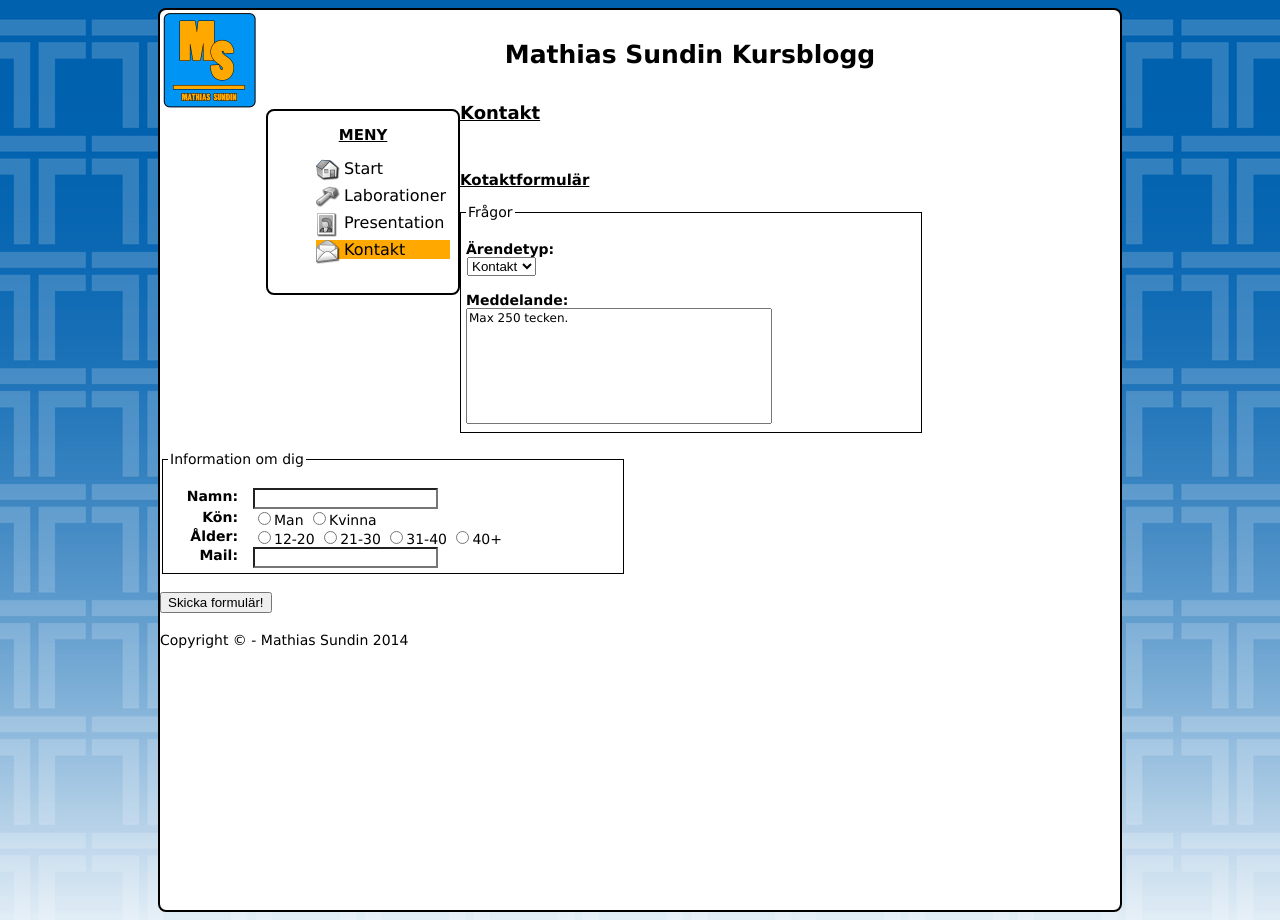
Repository: ms223uh/1ik415-laborationer
Page: www/pages/kontakt.html
The author's editor kept a record of every edit. The page is drawn from the files as they stood at one moment, then again after the next edit.
The browser window is 1280 px wide. The pictures show the whole page.

Above is the page before.

### www/pages/kontakt.html
<!DOCTYPE html>

<html lang="sv">

    <head>
       <meta http-equiv="content-type" content="text/html; charset=utf-8" />
        <meta name="viewport" content="width=device-width, initial-scale=1.0" />

    <link rel="stylesheet" href="../css/style.css">
    <link rel="stylesheet" type="text/css" media="only screen and (max-width: 480px)" href="../css/mobile.css" />
    <link rel="stylesheet" href="../css/print.css">

        <title>Mathias Sundin</title>
    </head>
    <body>
    <!--Startsida-->

    <section>


    <head>

           <img src="..pics/logo1.png" width="100" height="100" alt="Logotyp för hemsidan" style="float: left;">

            <h4>Mathias Sundin Kursblogg</h4>







        </head>




<nav>

<header3><h3>MENY</h3></header3>
        <ul>
            <li><a class="index" href="../index.html">Start</a></li>
            <li><a class="laborationer" href="laborationer.html">Laborationer</a></li>
            <li><a class="presentation" href="presentation.html">Presentation</a></li>
            <li class="active"><a class="kontakt" href="kontakt.html">Kontakt</a></li>

        </ul>





</nav>

        <div id="content">


        <h2>Kontakt</h2>

        <br>

        <h3>Kotaktformulär</h3>

        <form action="http://voyager.lnu.se/tekinet/kurser/dtt/wp_webbintro/form.php" method="post" >
        <fieldset>
        <br>
        <legend>Frågor</legend>
            <label for="Ärende">Ärendetyp: <select name="Ärende"></label>
                <option value="Kontakt">Kontakt</option>
                <option value="Support">Support</option>
            </select>
            <br>
            <br>
            <label for="Meddelande">Meddelande:</label>
            <br>
            <textarea rows="5" cols="30" maxlength="250" name="Meddelande" required>Max 250 tecken.</textarea>

        </fieldset>

        <br>

        <fieldset>


        <legend>Information om dig</legend>
        <br>
            <label for="Namn">Namn:</label> <input type="text" name="Namn" required>
            <br>
            <label for="Kön">Kön:</label> <input type="radio" name="Kön" value="man" >Man
            <input type="radio" name="Kön" value="kvinna" required>Kvinna
            <br>
            <label for="Ålder">Ålder:</label> <input type="radio" name="Ålder" value="12-20" required>12-20 <input type="radio" name="Ålder" value="21-30"required>21-30 <input type="radio" name="Ålder" value="31-40" required>31-40 <input type="radio" name="Ålder" value="40+" required>40+
            <br>
            <label for="Mail">Mail:</label> <input type="text" name="Mail" required>
        </fieldset>
           <br>
           <button type="submit">Skicka formulär!</button>
          </form>




           </div>

    <div id="footer">

        <p>Copyright © - Mathias Sundin 2014</p>

    </div>


        </div>




    </body>
</html>

### www/css/style.css

/* Layout */

body
{
    background: url(pics/backgroundimage2.jpeg) no-repeat;
}


section
{
    background-color: #ffffff;
    width: 960px;
    height: 900px;
    margin-right: auto;
    margin-left: auto;
    border: solid 2px #000000;
    border-radius: 8px;

}




header
{
    width: 958px;
    height: 155px;
    background-color: #FFFFFF;
    border-radius: 8px;
    border-bottom: solid 2px #000000;
    margin-top: 0px;
    background: url(pics/backgroundimage8.jpeg) no-repeat;


}


header2
{
    width: auto;
    height: 25px;
    background-color: #0095F4;
    border-bottom: solid 2px #000000;
    text-align: center;
    border-radius: 8px;
    margin-top: 0px;
}


header3
{
    width: auto;
    height: 25px;
    background-color: #0095F4;
    border-bottom: solid 2px #000000;
    text-align: center;
    border-radius: 8px;
    margin-top: -15px;
}




main
{
    height: 695px;
    background-color: #ffffff;
    margin-left: 205px;
    margin-top: 0px;
    padding: 8px;
    overflow: auto;
    border-left: solid 2px #000000;
}




nav
{
    /*background-image: url('pics/sprite.png') no-repeat;*/
    width: 190px;
    height: 182px;
    background-color: #FFFFFF;
    border: solid 2px #000000;
    float: left;
    margin-top: 7px;
    margin-left: 6px;
    border-radius: 8px;

}


nav a:link { text-decoration: none; color: #000000; font-family: verdana; font-size: 16px;}
nav a:visited { text-decoration: none; color: #000000; font-family: verdana; font-size: 16px; }
nav a:active { text-decoration: none; color: #000000; font-family: verdana; font-size: 16px; }
nav li a:hover { text-decoration: none; color: #CCCCCC; font-family: verdana; font-size: 16px; background: #0095F4; }


nav li
{
    list-style: none;
    margin: 8px;
}

nav a
{
    background-image: url('pics/sprite.png');
    background-repeat:no-repeat;
    padding-left: 28px;
    padding-bottom: 5px;
}




footer
{
    background-color: #0095F4;
    width: auto;
    height: 30px;
    border-radius: 8px;
    border-top: solid 2px #000000;
    text-align: center;
    vertical-align: middle;
    margin-top: -36px;

}


footer2
{
    background-color: #0095F4;
    width: auto;
    height: 30px;
    border-radius: 8px;
    border-top: solid 2px #000000;
    text-align: center;
    vertical-align: middle;

}


footer3
{
    width: auto;
    height: 25px;
    background-color: #0095F4;
    border-top: solid 2px #000000;
    text-align: center;
    border-radius: 8px;
    margin-top: -157px;
}


quotes
{
    wid
    font-family: verdana;
    font-size: 12px;
    color: #333
    border: solid 1px #000;
    display: block;
    font-style: italic;



}



/* Typografi */


p
{
    font-family: Verdana; font-size: 14px; color: #000000;
    white-space: pre-line;
    padding-top: 5px;
}

h2
{
    font-family: Verdana; font-size: 18px; color: #000000; text-decoration: bold; text-decoration: underline;
}

h3
{
   font-family: Verdana; font-size: 15px; color: #000000; text-decoration: bold; text-decoration: underline;
}


h4
{
   font-family: Verdana; font-size: 25px; color: #000000; text-decoration: bold;
   text-align: center;
   margin-top: 0;
   padding-top: 30px;
}




h5
{
   font-family: Verdana; font-size: 15px; color: #5D5F60; text-decoration: bold;


}


ol
{
    font-family: Verdana; font-size: 14px; color: #000000;

}

ul
{
font-family: Verdana; font-size: 14px; color: #000000;

}

a:link { text-decoration: underline; color: #000000; font-family: verdana; font-size: 14px;}
a:visited { text-decoration: none; color: #000000; font-family: verdana; font-size: 14px; }
a:active { text-decoration: none; color: #000000; font-family: verdana; font-size: 14px; }
a:hover { text-decoration: none; color: #CCCCCC; font-family: verdana; font-size: 14px; }





thead
{
    background-color: #0095F4;
     color: #000000; font-family: verdana; font-size: 15px;
}

tfoot
{
    background-color: #0095F4;
     color: #000000; font-family: verdana; font-size: 15px;
}

table {
  border-collapse: collapse;

}


.active
{
    text-decoration: none; color: #FFFFFF; font-family: verdana; font-size: 16px; background: #FFA800
}

.right
{
    float: right;

}


.left
{
    float: left;

}


/* Sprites */

nav li a.index
{
    background-position: 0 -49px;


}

nav li a:hover.index
{
    background: url('pics/sprite.png') no-repeat 0 -1px;
	width: 24px;
	height: 22px

}


nav li a.laborationer
{
    background: url('pics/sprite.png') no-repeat 0 -145px;
	width: 24px;
	height: 22px;

}

nav li a:hover.laborationer
{
    background: url('pics/sprite.png') no-repeat 0 -97px;
	width: 24px;
	height: 22px;

}


nav li a.presentation
{
    background: url(pics/sprite.png) no-repeat -1px -240px;
	width: 22px;
	height: 24px;
    text-indent: 20px;
}

nav li a:hover.presentation
{
    background: url('pics/sprite.png') no-repeat -1px -192px;
	width: 22px;
	height: 24px;

}


nav li a.kontakt
{
    background: url('pics/sprite.png') no-repeat 0 -336px;
	width: 24px;
	height: 24px;

}

nav li a:hover.kontakt
{
    background: url('pics/sprite.png') no-repeat 0 -288px;
	width: 24px;
	height: 24px;

}


/* Kontaktformulär */

fieldset {
  padding: 5px;
  font-family: verdana;
  font-size: 14px;
  width: 450px;
  border: solid 1px #000000;
  }

label {
  float: left;
  width: 70px;
  margin-right: 15px;
  font-weight: bold;
  font-family: verdana;
  font-size: 14px;
  color: #000000;
  text-align: right;

  }

  textarea
  {
      width: 300px;
      height: 110px;
      resize: none;
      font-family: verdana;
      font-size: 12px;
      color: #000000;
  }

  input:invalid {
  background: #ffffff;
}

input:valid {
  background: #ffffff;
}

### www/css/print.css
@media print {


body {
    background:white; color:black;
}


#head, #head2, #head3, #meny, #footer, #footer2, #footer3
{
    display: none;
}


#wrapper, #content
{
   border: none;
   overflow: visible;
   margin: 0 auto;

}


a:link:after, a:visited:after
{
    content:" [" attr(href) "] ";

}


video
{
    display: none;
}


}

### www/css/mobile.css
@media screen and (max-width:480px){


body
{
  width: 100%;
  background: none;
    padding: 0;
    margin: 0;
}

#wrapper
{
 width: 100%;
 border: none;
 padding: 0;
 margin: 0;
}

#head
{
 width: 100%;
 border: solid 2px #000000;
 padding: 0;
 margin: 0;
 border: none;

}


#head3
{
 border: none;
 width: 100%;
 padding: 0;
    margin: 0;
}



#content
{
  width: 100%;
  border: none;
  margin-left: 0;
  height: auto;
  padding: 0;
  margin: 0;
}


#footer
{
 width: 100%;
 border: none;

}


#meny
{
width: 100%;
border: none;
padding: 0;
margin: 0;
}






.leftt{
 width:200px;
}

}


fieldset {
  padding: 0;
  font-family: verdana;
  font-size: 14px;
  width: auto;
  border: none;
  }

label {
  float: left;
  width: 70px;
  margin-right: 0;
  font-weight: bold;
  font-family: verdana;
  font-size: 14px;
  color: #000000;
  text-align: right;
  border: none;
  }

After the next edit:
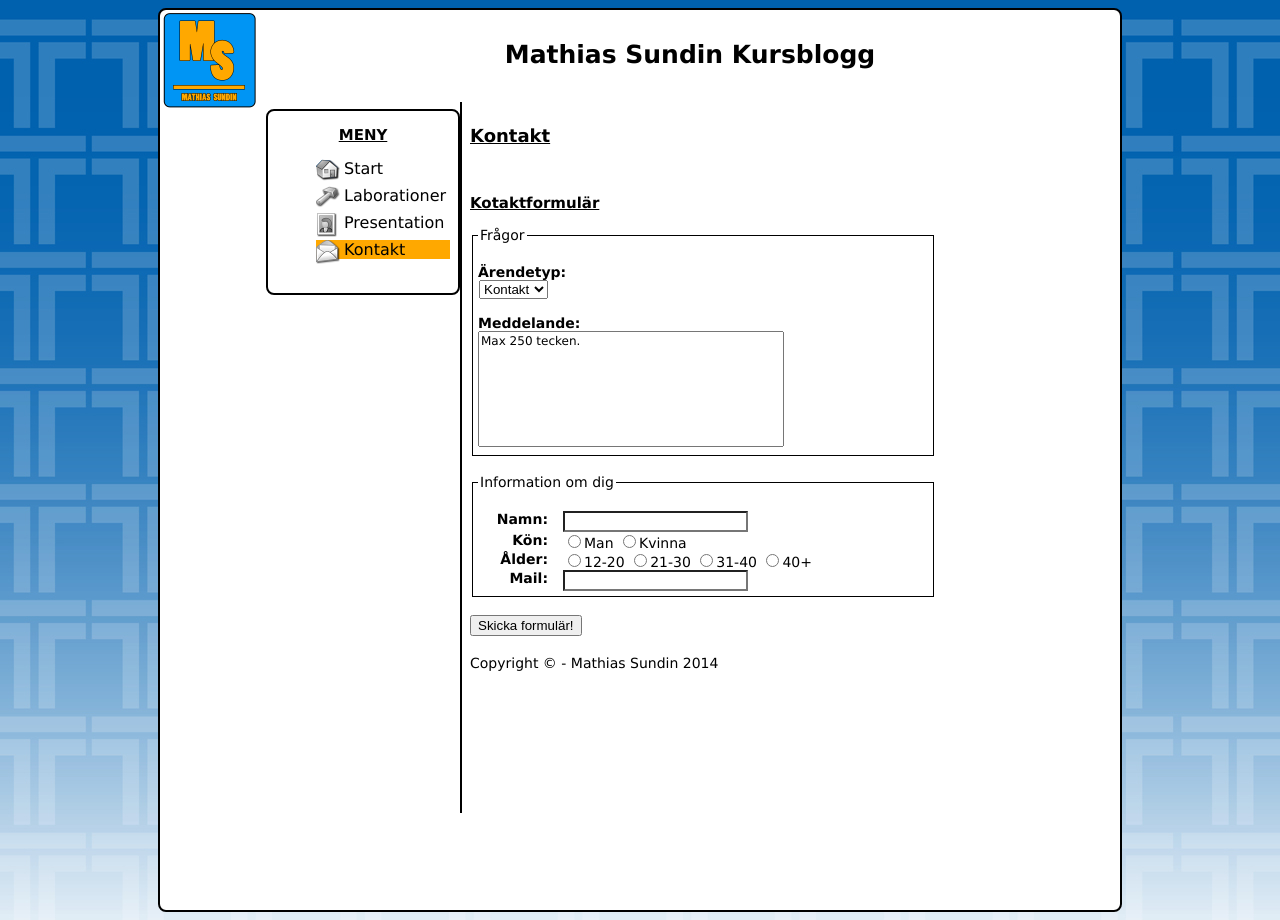
The edit:
--- a/www/pages/kontakt.html
+++ b/www/pages/kontakt.html
@@ -52,7 +52,7 @@
 
 </nav>
 
-        <div id="content">
+        <main>
 
 
         <h2>Kontakt</h2>
